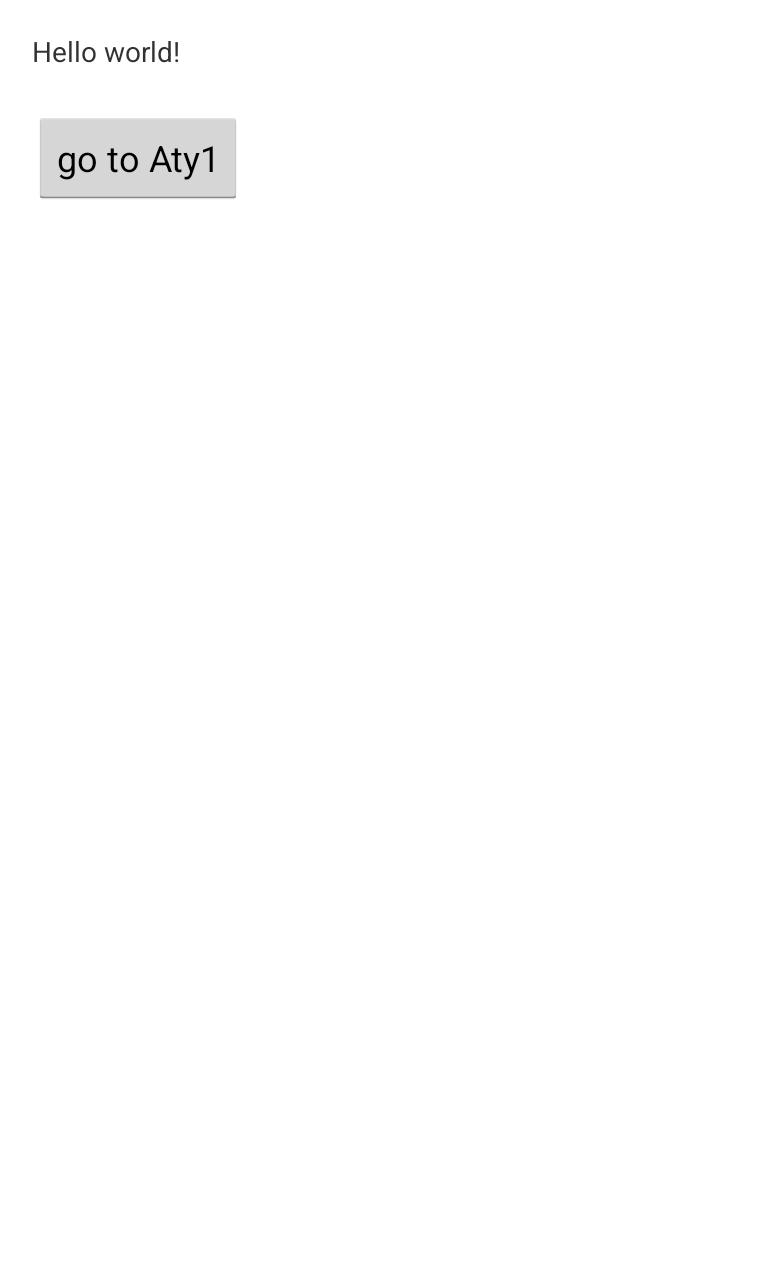
Repository: avenosu/android-coding-practice
Layout: Z001Activity/res/layout/activity_main.xml
These files come from the project's save history. The layout is drawn as it stood at one moment and after the next save; the edit follows.
It is drawn on a 768 x 1280 px phone screen (xhdpi) without system bars, with theme AppTheme; the app's code is not run.

Above is the layout before, as saved 2015-03-24 11:16:54.

After the next save:
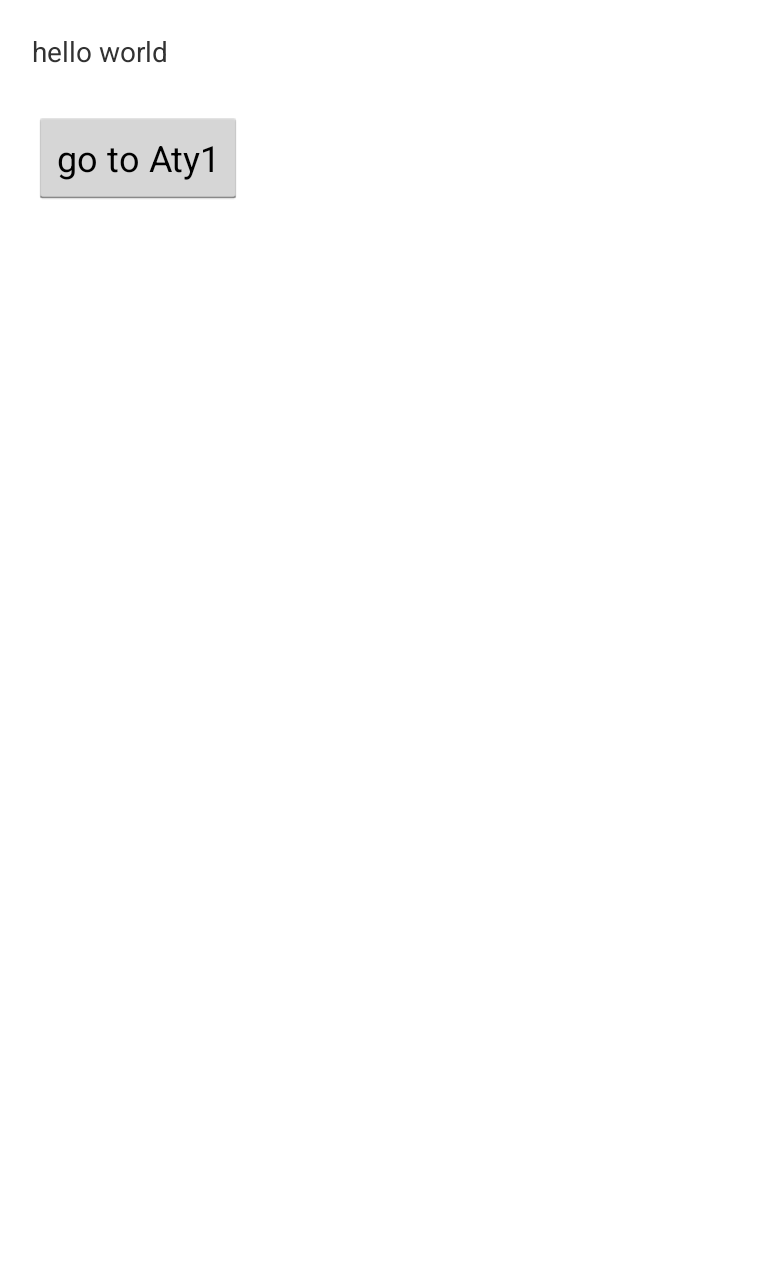
Saved 60 s later.
--- a/Z001Activity/res/layout/activity_main.xml
+++ b/Z001Activity/res/layout/activity_main.xml
@@ -12,7 +12,7 @@
         android:id="@+id/mainactivity_textView1"
         android:layout_width="wrap_content"
         android:layout_height="wrap_content"
-        android:text="@string/hello_world" />
+        android:text="hello world" />
 
     <Button
         android:id="@+id/mainactivity_button1_gotoaty1"
